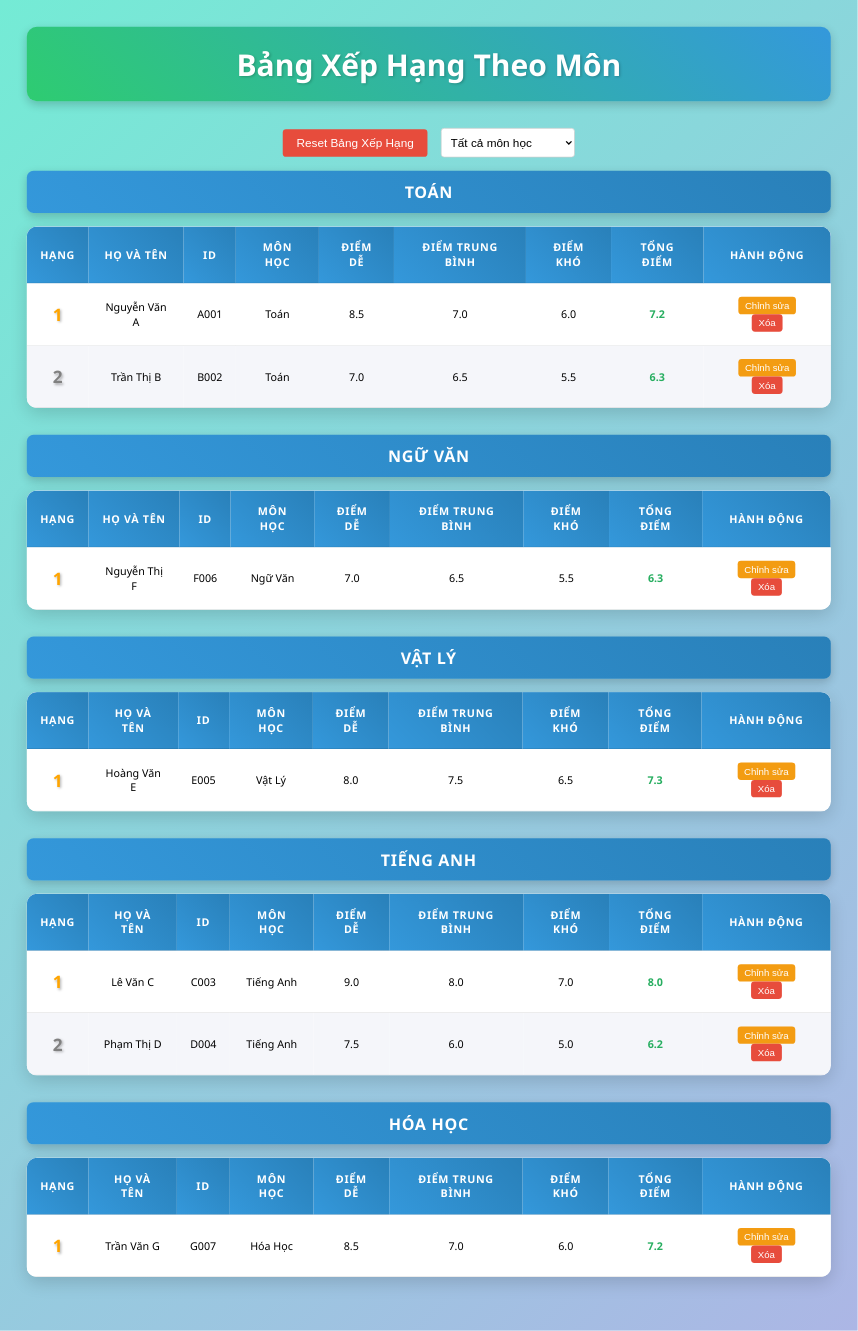
Repository: quankenda73/Prject_Final
Page: INDEX/scores.html
These files come from the project's save history. The page is drawn as it stood at one moment and after the next save; the edit follows.
The browser window is 1280 px wide. The pictures show the whole page, at 67% of full size.

Above is the page before, as saved 2025-03-20 22:50:54.

### INDEX/scores.html
<!DOCTYPE html>
<html lang="vi">
<head>
    <meta charset="UTF-8">
    <meta name="viewport" content="width=device-width, initial-scale=1.0">
    <title>Bảng Xếp Hạng Theo Môn</title>
    <style>
        * {
            margin: 0;
            padding: 0;
            box-sizing: border-box;
        }

        body {
            font-family: 'Segoe UI', Arial, sans-serif;
            background: linear-gradient(135deg, #74ebd5 0%, #acb6e5 100%);
            min-height: 100vh;
            padding: 40px;
        }

        header {
            text-align: center;
            margin-bottom: 40px;
        }

        h1 {
            color: #ffffff;
            font-size: 2.8em;
            padding: 25px;
            background: linear-gradient(45deg, #2ecc71, #3498db);
            border-radius: 15px;
            box-shadow: 0 5px 15px rgba(0,0,0,0.2);
            text-shadow: 2px 2px 4px rgba(0,0,0,0.2);
            animation: fadeIn 1s ease-in;
        }

        main {
            max-width: 1200px;
            margin: 0 auto;
        }

        .controls {
            display: flex;
            gap: 20px;
            margin-bottom: 20px;
            justify-content: center;
            align-items: center;
        }

        .reset-button {
            padding: 10px 20px;
            background: #e74c3c;
            color: white;
            border: none;
            border-radius: 5px;
            cursor: pointer;
            font-size: 1.1em;
            transition: background 0.3s ease;
        }

        .reset-button:hover {
            background: #c0392b;
        }

        select {
            padding: 10px;
            font-size: 1.1em;
            border-radius: 5px;
            border: 1px solid #ccc;
            background: white;
            cursor: pointer;
            min-width: 200px;
        }

        .subject-section {
            margin-bottom: 40px;
        }

        .subject-title {
            background: linear-gradient(45deg, #3498db, #2980b9);
            color: white;
            padding: 15px;
            border-radius: 10px;
            margin-bottom: 20px;
            text-align: center;
            box-shadow: 0 5px 15px rgba(0,0,0,0.2);
            text-transform: uppercase;
            letter-spacing: 1px;
        }

        table {
            width: 100%;
            border-collapse: separate;
            border-spacing: 0;
            background-color: #ffffff;
            border-radius: 15px;
            box-shadow: 0 8px 25px rgba(0,0,0,0.15);
            overflow: hidden;
            animation: slideUp 0.8s ease-out;
        }

        th, td {
            padding: 20px;
            text-align: center;
            border-bottom: 1px solid rgba(0,0,0,0.1);
        }

        th {
            background: linear-gradient(45deg, #3498db, #2980b9);
            color: white;
            font-weight: 600;
            text-transform: uppercase;
            letter-spacing: 1px;
        }

        tr {
            transition: all 0.3s ease;
            background-color: #ffffff;
        }

        tr:nth-child(even) {
            background-color: #f5f6fa;
        }

        tr:hover {
            background-color: rgba(52, 152, 219, 0.1);
            transform: scale(1.02);
            box-shadow: 0 5px 15px rgba(0,0,0,0.1);
        }

        tr:nth-child(1) td:first-child {
            color: #ffa500;
            font-weight: 900;
            font-size: 1.6em;
            text-shadow: 2px 2px 4px rgba(0, 0, 0, 0.3);
        }

        tr:nth-child(2) td:first-child {
            color: #808080;
            font-weight: 900;
            font-size: 1.6em;
            text-shadow: 2px 2px 4px rgba(0, 0, 0, 0.3);
        }

        tr:nth-child(3) td:first-child {
            color: #b87333;
            font-weight: 900;
            font-size: 1.6em;
            text-shadow: 2px 2px 4px rgba(0, 0, 0, 0.3);
        }

        td:first-child {
            font-weight: bold;
            font-size: 1.2em;
        }

        td:nth-child(8) {
            color: #27ae60;
            font-weight: bold;
        }

        .action-buttons button {
            padding: 5px 10px;
            margin: 0 5px;
            border: none;
            border-radius: 5px;
            cursor: pointer;
            font-size: 0.9em;
        }

        .edit-btn {
            background: #f39c12;
            color: white;
        }

        .delete-btn {
            background: #e74c3c;
            color: white;
        }

        .edit-btn:hover {
            background: #e67e22;
        }

        .delete-btn:hover {
            background: #c0392b;
        }

        @keyframes fadeIn {
            from { opacity: 0; transform: translateY(-20px); }
            to { opacity: 1; transform: translateY(0); }
        }

        @keyframes slideUp {
            from { opacity: 0; transform: translateY(30px); }
            to { opacity: 1; transform: translateY(0); }
        }

        @media (max-width: 600px) {
            body { padding: 20px; }
            h1 { font-size: 2em; padding: 15px; }
            table { font-size: 14px; }
            th, td { padding: 12px; }
            tr:nth-child(1) td:first-child,
            tr:nth-child(2) td:first-child,
            tr:nth-child(3) td:first-child { font-size: 1.4em; }
            .controls { flex-direction: column; gap: 10px; }
        }
    </style>
</head>
<body>
    <header>
        <h1>Bảng Xếp Hạng Theo Môn</h1>
    </header>

    <main>
        <div class="controls">
            <button class="reset-button" onclick="resetRanking()">Reset Bảng Xếp Hạng</button>
            <select id="subjectSelect" onchange="loadRanking()">
                <option value="all">Tất cả môn học</option>
                <option value="math">Toán</option>
                <option value="literature">Ngữ Văn</option>
                <option value="physics">Vật Lý</option>
                <option value="foreign_language">Tiếng Anh</option>
                <option value="chemistry">Hóa Học</option>
            </select>
        </div>
        <div id="rankingContainer"></div>
    </main>

    <script>
        // Ánh xạ tên môn học
        const subjectMap = {
            'math': 'Toán',
            'literature': 'Ngữ Văn',
            'physics': 'Vật Lý',
            'foreign_language': 'Tiếng Anh',
            'chemistry': 'Hóa Học'
        };

        const subjects = Object.keys(subjectMap);

        // Hàm reset bảng xếp hạng
        function resetRanking() {
            const selectedSubject = document.getElementById('subjectSelect').value;
            let confirmMessage = '';

            if (selectedSubject === 'all') {
                confirmMessage = 'Bạn có chắc muốn reset toàn bộ bảng xếp hạng? Tất cả dữ liệu sẽ bị xóa!';
            } else {
                confirmMessage = `Bạn có chắc muốn reset bảng xếp hạng cho môn ${subjectMap[selectedSubject]}? Dữ liệu của môn này sẽ bị xóa!`;
            }

            if (confirm(confirmMessage)) {
                let results = JSON.parse(localStorage.getItem('quizResults')) || [];
                if (selectedSubject === 'all') {
                    localStorage.removeItem('quizResults');
                } else {
                    results = results.filter(r => r.subject !== selectedSubject);
                    localStorage.setItem('quizResults', JSON.stringify(results));
                }
                loadRanking();
            }
        }

        // Hàm xóa một bản ghi
        function deleteRecord(index) {
            const results = JSON.parse(localStorage.getItem('quizResults')) || [];
            results.splice(index, 1);
            localStorage.setItem('quizResults', JSON.stringify(results));
            loadRanking();
        }

        // Hàm chỉnh sửa một bản ghi
        function editRecord(index) {
            const results = JSON.parse(localStorage.getItem('quizResults')) || [];
            const record = results[index];
            const newName = prompt('Nhập họ tên mới:', record.name);
            const newId = prompt('Nhập ID mới:', record.id);
            const newExamScore = prompt('Nhập điểm dễ mới:', record.scoreEasy || 0);
            const newAverageScore = prompt('Nhập điểm trung bình mới:', record.scoreMedium || 0);
            const newHardScore = prompt('Nhập điểm khó mới:', record.scoreHard || 0);

            if (newName && newId && newExamScore && newAverageScore && newHardScore) {
                const examScore = parseFloat(newExamScore);
                const averageScore = parseFloat(newAverageScore);
                const hardScore = parseFloat(newHardScore);
                const totalScore = Number(((examScore + averageScore + hardScore) / 3).toFixed(1));

                // Kiểm tra tính duy nhất của ID mới
                const existingUser = results.find(r => r.id === newId && r.id !== record.id);
                if (existingUser && existingUser.name !== newName) {
                    alert(`ID ${newId} đã được sử dụng bởi người dùng "${existingUser.name}". Vui lòng nhập ID khác!`);
                    return;
                }

                results[index] = {
                    ...record,
                    name: newName,
                    id: newId,
                    scoreEasy: examScore,
                    scoreMedium: averageScore,
                    scoreHard: hardScore,
                    totalScore: totalScore
                };
                localStorage.setItem('quizResults', JSON.stringify(results));
                loadRanking();
            }
        }

        // Hàm tải và hiển thị bảng xếp hạng
        function loadRanking() {
            const results = JSON.parse(localStorage.getItem('quizResults')) || [];
            const container = document.getElementById('rankingContainer');
            const selectedSubject = document.getElementById('subjectSelect').value;
            container.innerHTML = '';

            if (results.length === 0) {
                container.innerHTML = '<p style="text-align: center; color: white;">Chưa có dữ liệu xếp hạng.</p>';
                return;
            }

            if (selectedSubject === 'all') {
                subjects.forEach(subject => {
                    const subjectResults = results.filter(r => r.subject === subject);
                    if (subjectResults.length > 0) {
                        renderSubjectTable(subject, subjectResults, container);
                    }
                });
            } else {
                const subjectResults = results.filter(r => r.subject === selectedSubject);
                if (subjectResults.length > 0) {
                    renderSubjectTable(selectedSubject, subjectResults, container);
                } else {
                    container.innerHTML = '<p style="text-align: center; color: white;">Chưa có dữ liệu cho môn này.</p>';
                }
            }
        }

        // Hàm render bảng cho một môn học
        function renderSubjectTable(subject, subjectResults, container) {
            // Tính lại totalScore và sắp xếp
            subjectResults = subjectResults.map(result => {
                const scoreEasy = parseFloat(result.scoreEasy !== undefined ? result.scoreEasy : result.examScore !== undefined ? result.examScore : 0);
                const scoreMedium = parseFloat(result.scoreMedium !== undefined ? result.scoreMedium : result.averageScore !== undefined ? result.averageScore : 0);
                const scoreHard = parseFloat(result.scoreHard !== undefined ? result.scoreHard : result.hardScore !== undefined ? result.hardScore : 0);
                const totalScore = Number(((scoreEasy + scoreMedium + scoreHard) / 3).toFixed(1));
                return { ...result, scoreEasy, scoreMedium, scoreHard, totalScore };
            });

            // Sắp xếp theo totalScore (điểm cao xếp trước)
            subjectResults.sort((a, b) => b.totalScore - a.totalScore);

            const section = document.createElement('div');
            section.className = 'subject-section';
            section.innerHTML = `<h2 class="subject-title">${subjectMap[subject]}</h2>`;

            const table = document.createElement('table');
            table.innerHTML = `
                <thead>
                    <tr>
                        <th>Hạng</th>
                        <th>Họ và Tên</th>
                        <th>ID</th>
                        <th>Môn Học</th>
                        <th>Điểm Dễ</th>
                        <th>Điểm Trung Bình</th>
                        <th>Điểm Khó</th>
                        <th>Tổng Điểm</th>
                        <th>Hành Động</th>
                    </tr>
                </thead>
                <tbody>
                    ${subjectResults.map((result, index) => `
                        <tr>
                            <td>${index + 1}</td>
                            <td>${result.name || 'Không xác định'}</td>
                            <td>${result.id || 'N/A'}</td>
                            <td>${subjectMap[result.subject]}</td>
                            <td>${result.scoreEasy.toFixed(1)}</td>
                            <td>${result.scoreMedium.toFixed(1)}</td>
                            <td>${result.scoreHard.toFixed(1)}</td>
                            <td>${result.totalScore.toFixed(1)}</td>
                            <td class="action-buttons">
                                <button class="edit-btn" onclick="editRecord(${index})">Chỉnh sửa</button>
                                <button class="delete-btn" onclick="deleteRecord(${index})">Xóa</button>
                            </td>
                        </tr>
                    `).join('')}
                </tbody>
            `;

            section.appendChild(table);
            container.appendChild(section);
        }

        // Hàm thêm dữ liệu mẫu để khôi phục
        function addSampleData() {
            const sampleData = [
                { name: "Nguyễn Văn A", id: "A001", subject: "math", scoreEasy: 8.5, scoreMedium: 7.0, scoreHard: 6.0, totalScore: Number(((8.5 + 7.0 + 6.0) / 3).toFixed(1)) },
                { name: "Trần Thị B", id: "B002", subject: "math", scoreEasy: 7.0, scoreMedium: 6.5, scoreHard: 5.5, totalScore: Number(((7.0 + 6.5 + 5.5) / 3).toFixed(1)) },
                { name: "Lê Văn C", id: "C003", subject: "foreign_language", scoreEasy: 9.0, scoreMedium: 8.0, scoreHard: 7.0, totalScore: Number(((9.0 + 8.0 + 7.0) / 3).toFixed(1)) },
                { name: "Phạm Thị D", id: "D004", subject: "foreign_language", scoreEasy: 7.5, scoreMedium: 6.0, scoreHard: 5.0, totalScore: Number(((7.5 + 6.0 + 5.0) / 3).toFixed(1)) },
                { name: "Hoàng Văn E", id: "E005", subject: "physics", scoreEasy: 8.0, scoreMedium: 7.5, scoreHard: 6.5, totalScore: Number(((8.0 + 7.5 + 6.5) / 3).toFixed(1)) },
                { name: "Nguyễn Thị F", id: "F006", subject: "literature", scoreEasy: 7.0, scoreMedium: 6.5, scoreHard: 5.5, totalScore: Number(((7.0 + 6.5 + 5.5) / 3).toFixed(1)) },
                { name: "Trần Văn G", id: "G007", subject: "chemistry", scoreEasy: 8.5, scoreMedium: 7.0, scoreHard: 6.0, totalScore: Number(((8.5 + 7.0 + 6.0) / 3).toFixed(1)) }
            ];
            localStorage.setItem('quizResults', JSON.stringify(sampleData));
            loadRanking();
        }

        // Tự động thêm dữ liệu mẫu nếu localStorage trống
        if (!localStorage.getItem('quizResults')) {
            addSampleData();
        }

        document.addEventListener('DOMContentLoaded', loadRanking);
    </script>
</body>
</html>

After the next save:
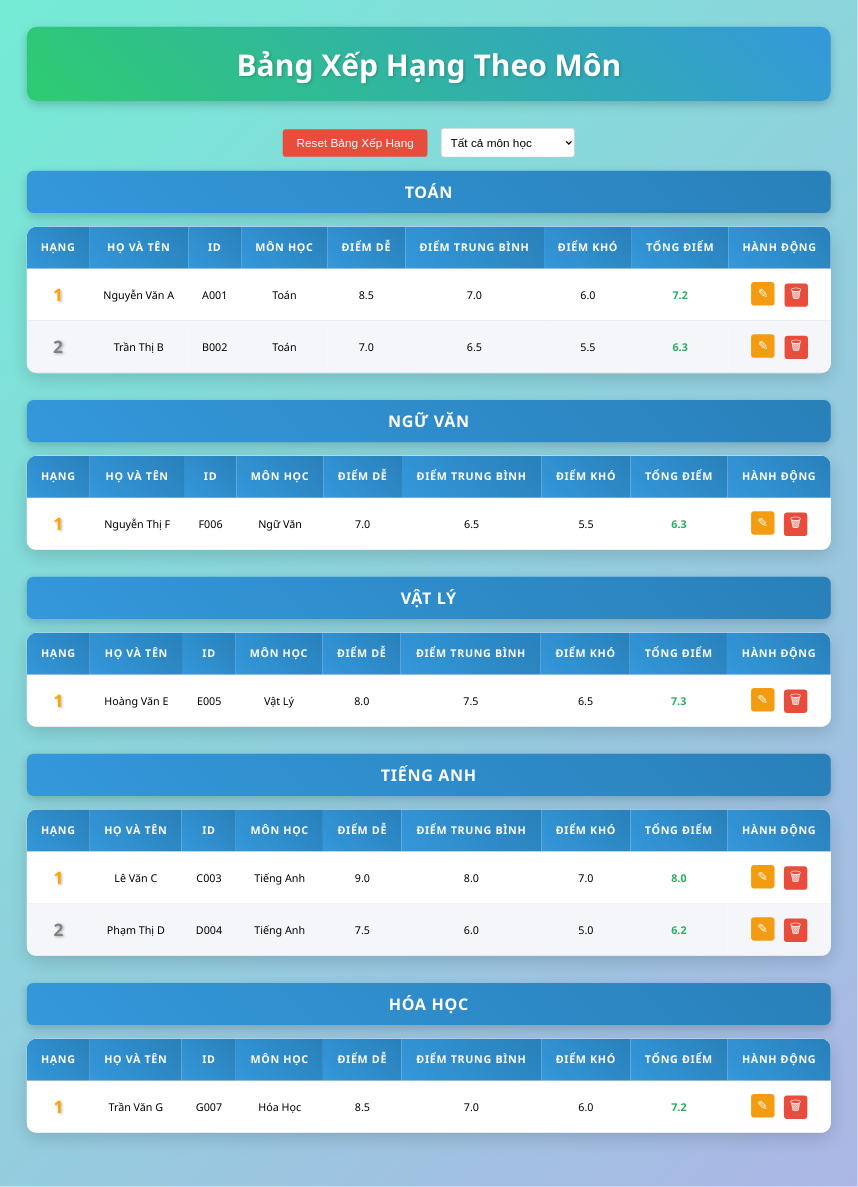
Saved 11 h 33 min later.
--- a/INDEX/scores.html
+++ b/INDEX/scores.html
@@ -160,12 +160,17 @@
         }
 
         .action-buttons button {
-            padding: 5px 10px;
+            padding: 8px;
             margin: 0 5px;
             border: none;
             border-radius: 5px;
             cursor: pointer;
-            font-size: 0.9em;
+            font-size: 1.2em;
+            width: 35px;
+            height: 35px;
+            display: inline-flex;
+            justify-content: center;
+            align-items: center;
         }
 
         .edit-btn {
@@ -382,8 +387,8 @@
                             <td>${result.scoreHard.toFixed(1)}</td>
                             <td>${result.totalScore.toFixed(1)}</td>
                             <td class="action-buttons">
-                                <button class="edit-btn" onclick="editRecord(${index})">Chỉnh sửa</button>
-                                <button class="delete-btn" onclick="deleteRecord(${index})">Xóa</button>
+                                <button class="edit-btn" onclick="editRecord(${index})" title="Chỉnh sửa">✎</button>
+                                <button class="delete-btn" onclick="deleteRecord(${index})" title="Xóa">🗑</button>
                             </td>
                         </tr>
                     `).join('')}
